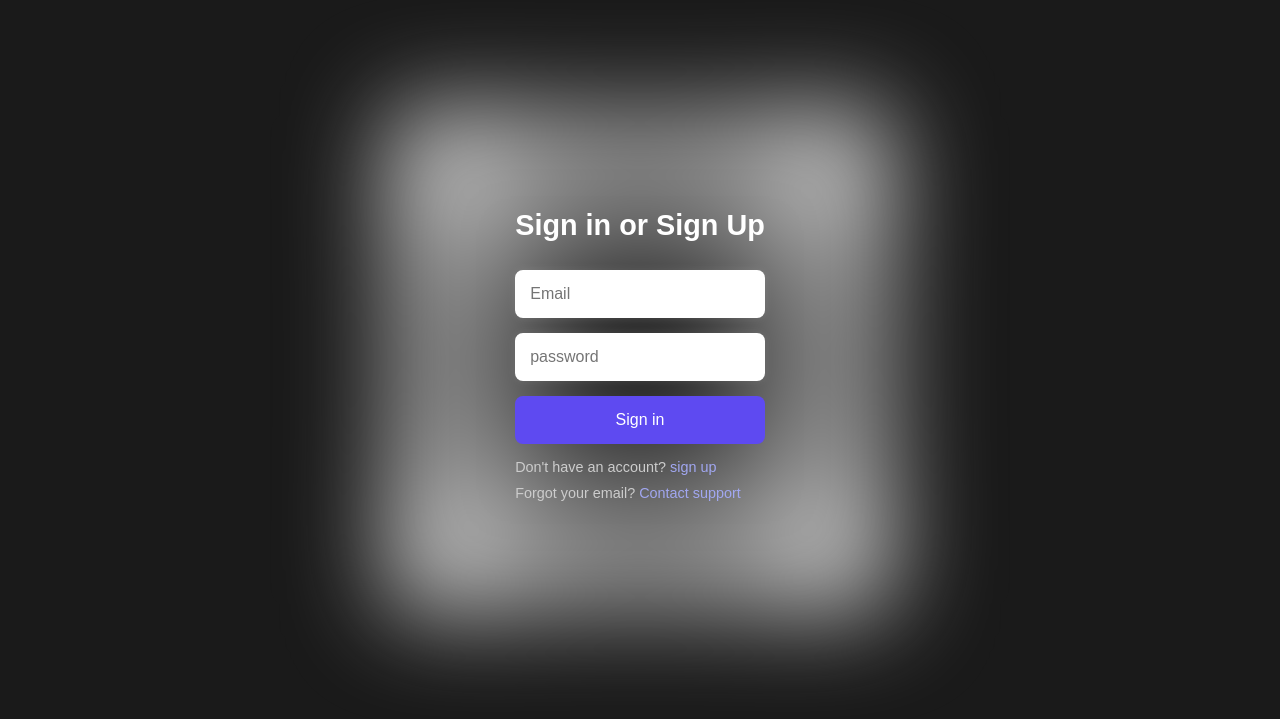
Repository: cmd-keyu/mobileppsh
Page: pages/login.html
The author's editor kept a copy of each file at every save. The page is drawn from the files as they stood at one save, then again after the next save.
The browser window is 1280 px wide. The pictures show the whole page.

Above is the page before, as saved 2024-11-12 00:18:08.

After the next save:
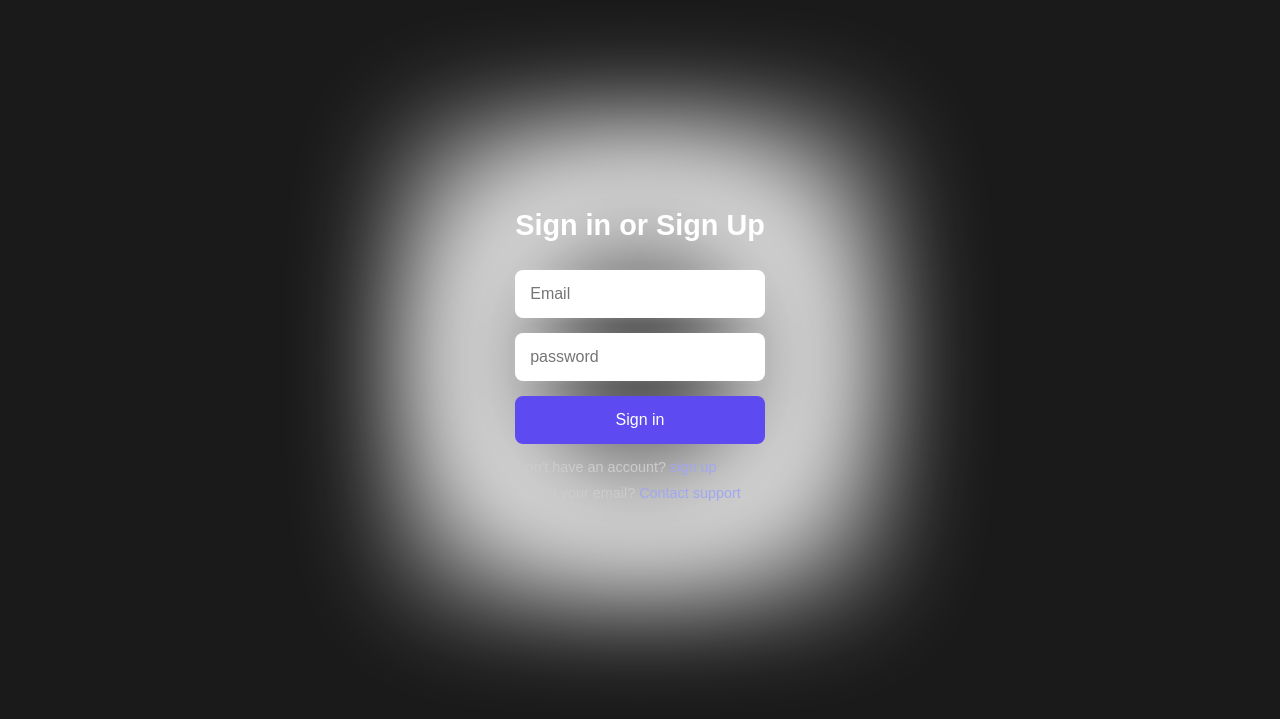
Saved 14 s later.
--- a/css/login.css
+++ b/css/login.css
@@ -27,7 +27,7 @@
     left: 50%;
     width: 500px;
     height: 500px;
-    background: radial-gradient(circle, black, white);
+    background: radial-gradient(circle, black, white, transparent);
     transform: translate(-50%, -50%);
     z-index: -1;
     border-radius: 5%;
